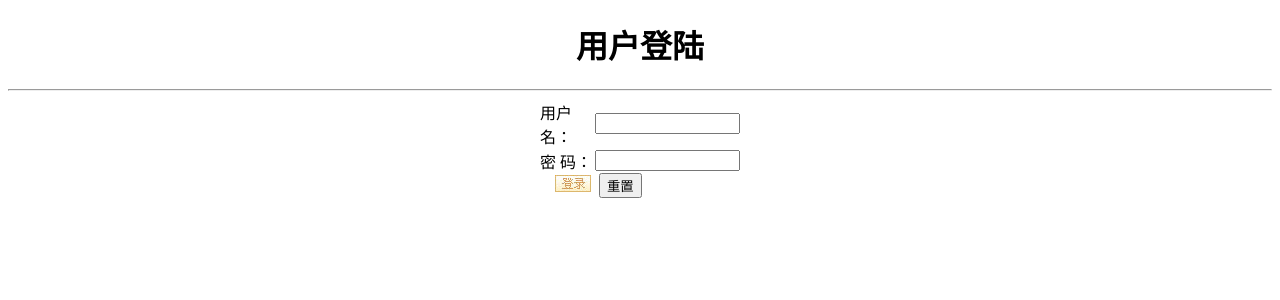
Repository: huangqifei/Test
Page: http://localhost/travel/login.jsp
An editor plug-in stored every save of this project. The page is shown before and after the next save, followed by the edit.
The browser window is 1280 px wide. The pictures show the whole page.
The page is served by Tomcat 9. Nobody is signed in. The application's start-up code is not run.

Above is the page before, as saved 2015-03-10 03:09:51.

After the next save:
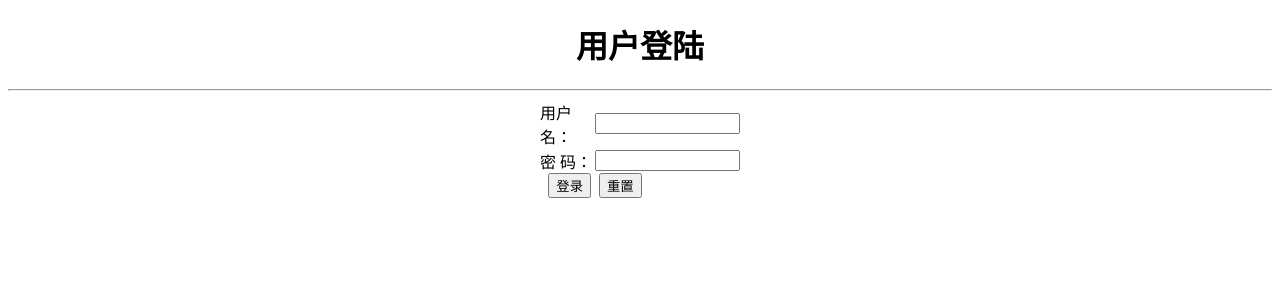
Saved 34 s later.
--- a/旅行社管理系统/lvyouguanli/travel/WebRoot/login.jsp
+++ b/旅行社管理系统/lvyouguanli/travel/WebRoot/login.jsp
@@ -18,7 +18,7 @@
 				<td>密&nbsp;码：</td><td align="left"><input type="password" name="password" size="15"/></td>
 			</tr>
 			<tr>
-				<td align="right"><img src="img/login.jpg" onclick="form1.submit()"/>&nbsp;</td>
+				<td align="right"><input type="button"  value="登录" onclick="form1.submit()"/>&nbsp;</td>
 				<td align="left">&nbsp;<input type="button" value="重置" onclick="form1.reset()"/></td>
 			</tr>
 		</table>
